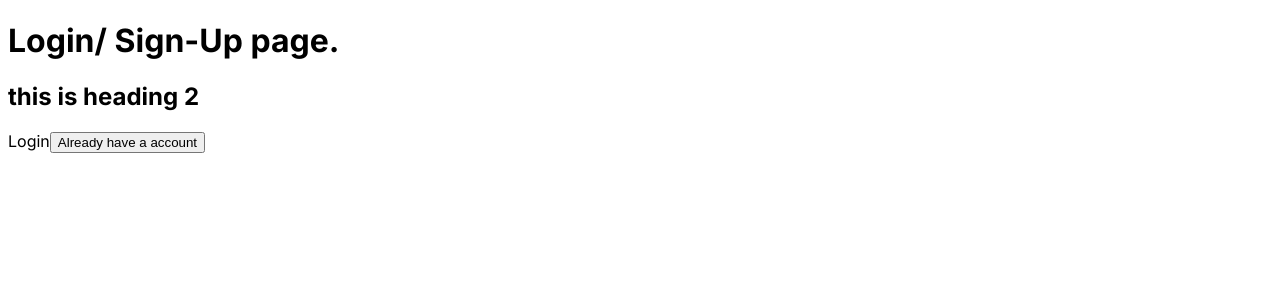
Repository: its-kundan/food-on-time
Page: /restaurant
An editor plug-in stored every save of this project. The page is shown before and after the next save, followed by the edit.
The browser window is 1280 px wide. The pictures show the whole page.
The project was rebuilt for these pictures with package versions that can differ from the ones it lists, and the page was loaded fresh each time. The framework's server and built-in components were replaced by stand-ins that run in the browser. Also part of the build but not shown: next.config.mjs, src/app/globals.css.

Above is the page before, as saved 2024-07-24 19:26:59.

### src/app/restaurant/page.js
/* disable eslint */
"use client"
import React from 'react'
import { useState } from 'react';

import Login from '@/app/_components/Login'
import Signup from '@/app/_components/Signup'

function Restaurant() {
    const [login,setLogin] = useState(true);
  return (
    <>
    <h1> Login/ Sign-Up page.</h1>
    <h2> this is heading 2</h2>
    {
        login?<Login/>:<Signup/>
    }


    <button> Already have a account</button>
    </>
  )
}

export default Restaurant

### src/app/_components/Login.jsx
import React from 'react'

function Login() {
  return (
    <>
        Login
    </>
  )
}

export default Login

### src/app/_components/SignUp.jsx
import React from 'react'

function SignUp() {
  return (
    <div>
      SignUp page.
    </div>
  )
}

export default SignUp

Loaded but not shown: src/app/layout.js (common file); tailwind.config.js (common file)

After the next save:
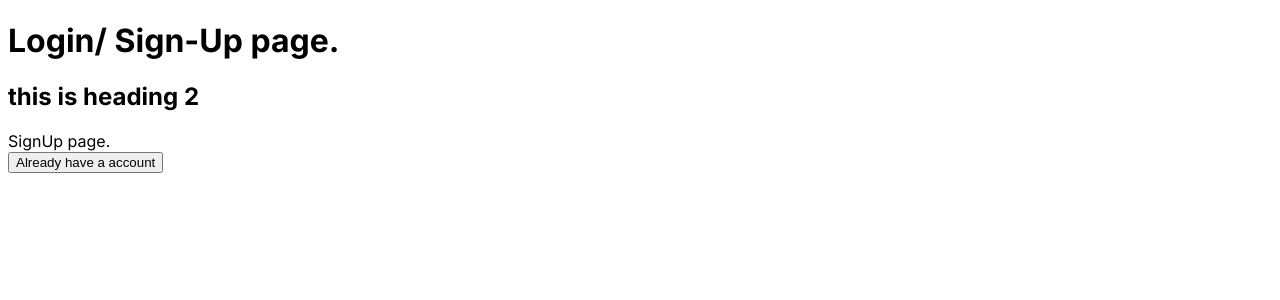
Saved 14 s later.
--- a/src/app/restaurant/page.js
+++ b/src/app/restaurant/page.js
@@ -7,7 +7,7 @@
 import Signup from '@/app/_components/Signup'
 
 function Restaurant() {
-    const [login,setLogin] = useState(true);
+    const [login,setLogin] = useState(false);
   return (
     <>
     <h1> Login/ Sign-Up page.</h1>

After the save that followed:
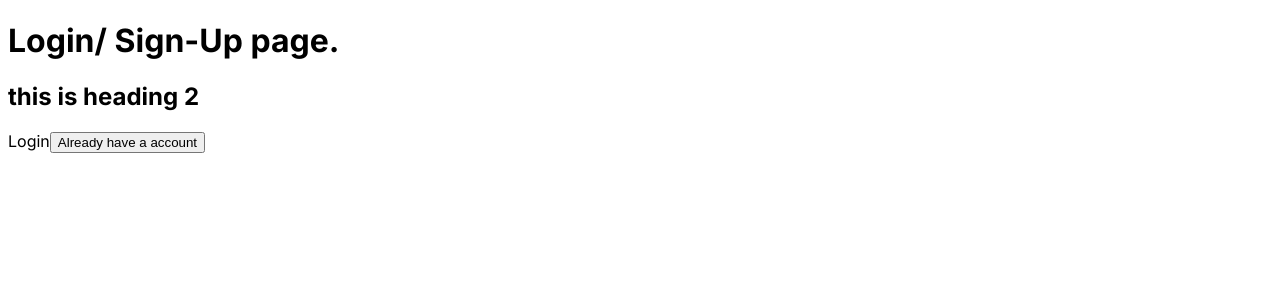
Saved 7 s later.
--- a/src/app/restaurant/page.js
+++ b/src/app/restaurant/page.js
@@ -7,7 +7,7 @@
 import Signup from '@/app/_components/Signup'
 
 function Restaurant() {
-    const [login,setLogin] = useState(false);
+    const [login,setLogin] = useState(true);
   return (
     <>
     <h1> Login/ Sign-Up page.</h1>
